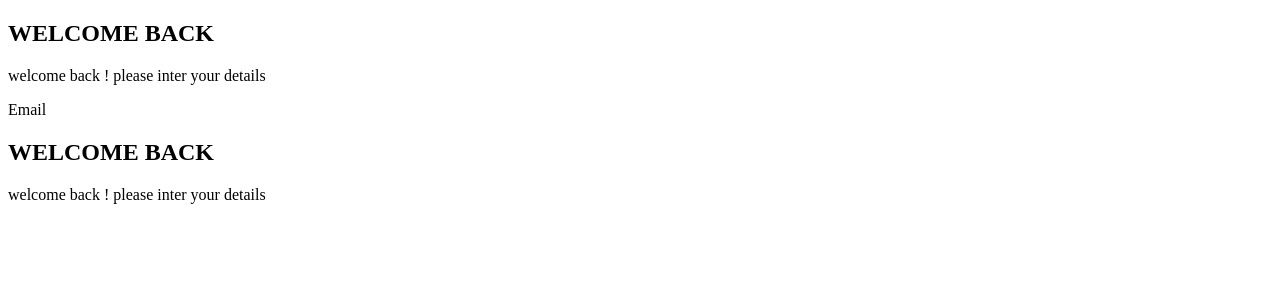
Repository: hiba2337/Fromix
Page: login.html
These files come from the project's save history. The page is drawn as it stood at one moment and after the next save; the edit follows.
The browser window is 1280 px wide. The pictures show the whole page.

Above is the page before, as saved 2025-10-25 13:36:05.

### login.html
<!DOCTYPE html>
<html lang="fr">
<head>
    <meta charset="UTF-8">
    <meta name="viewport" content="width=device-width, initial-scale=1.0">
    <title> Formix / Log in</title>
</head>
<body>
 <div class="log-in">
    <div class="form">
<div class="text">
    <h2>
WELCOME BACK
    </h2>
    <p>welcome back ! please inter your details</p>
   <form action="">
    <div class="email">
        <label for="email">Email</label>
    </div>
   </form>

</div>
    </div>
    <div class="img">

    </div>
 </div>
</body>
</html>
<!DOCTYPE html>
<html lang="fr">
<head>
    <meta charset="UTF-8">
    <meta name="viewport" content="width=device-width, initial-scale=1.0">
    <title> Formix / Log in</title>
</head>
<body>
 <div class="log-in">
    <div class="form">
<div class="text">
    <h2>
WELCOME BACK
    </h2>
    <p>welcome back ! please inter your details</p>
   <form action="">
    <div class="email">
        <label for=""></label>
    </div>
   </form>

</div>
    </div>
    <div class="img">

    </div>
 </div>
</body>
</html>

After the next save:
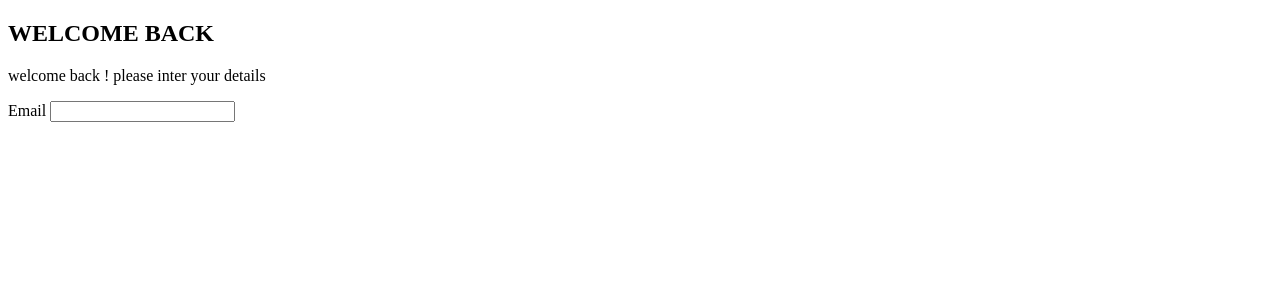
Saved 6 s later.
--- a/login.html
+++ b/login.html
@@ -16,6 +16,7 @@
    <form action="">
     <div class="email">
         <label for="email">Email</label>
+        <input type="email" name="" id="">
     </div>
    </form>
 
@@ -27,32 +28,3 @@
  </div>
 </body>
 </html>
-<!DOCTYPE html>
-<html lang="fr">
-<head>
-    <meta charset="UTF-8">
-    <meta name="viewport" content="width=device-width, initial-scale=1.0">
-    <title> Formix / Log in</title>
-</head>
-<body>
- <div class="log-in">
-    <div class="form">
-<div class="text">
-    <h2>
-WELCOME BACK
-    </h2>
-    <p>welcome back ! please inter your details</p>
-   <form action="">
-    <div class="email">
-        <label for=""></label>
-    </div>
-   </form>
-
-</div>
-    </div>
-    <div class="img">
-
-    </div>
- </div>
-</body>
-</html>
